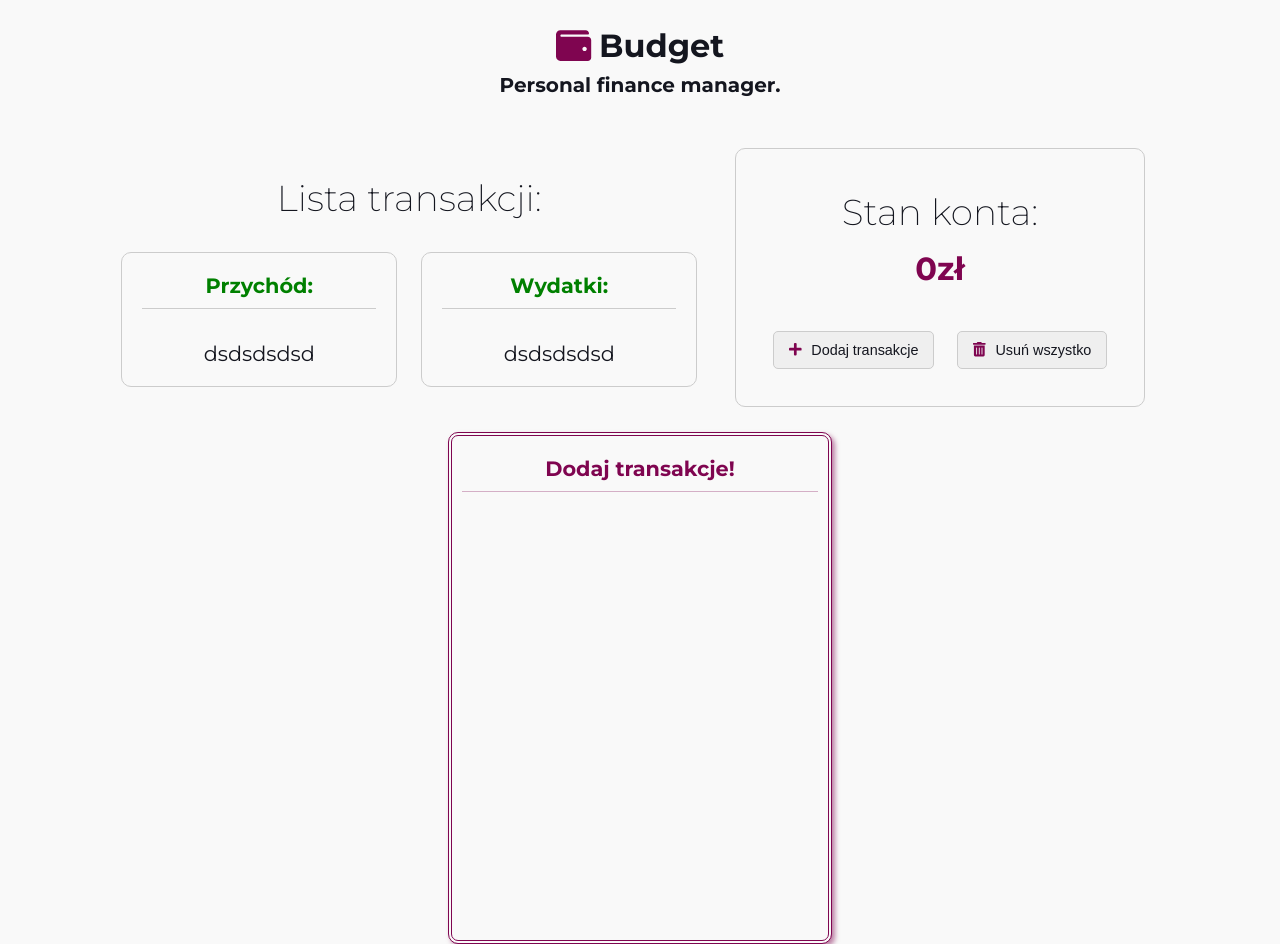
Repository: KrzysKolo/sr_tydzien4_zad4
Page: /
The author's editor kept a copy of each file at every save. The page is drawn from the files as they stood at one save, then again after the next save.
The browser window is 1280 px wide. The pictures show the whole page.
Some web libraries are served in a nearby version. The project was rebuilt for these pictures with package versions that can differ from the ones it lists, and the page was loaded fresh each time.

Above is the page before, as saved 2020-11-30 10:43:35.

### public/index.html
<!DOCTYPE html>
<html lang="en">
  <head>
    <meta charset="utf-8" />
    <link rel="icon" href="%PUBLIC_URL%/favicon.ico" />
    <meta name="viewport" content="width=device-width, initial-scale=1" />
    <meta name="theme-color" content="#000000" />
    <meta
      name="description"
      content="Web site created using create-react-app"
    />
    <link rel="apple-touch-icon" href="%PUBLIC_URL%/logo192.png" />
    <!--
      manifest.json provides metadata used when your web app is installed on a
      user's mobile device or desktop. See https://developers.google.com/web/fundamentals/web-app-manifest/
    -->
    <link rel="manifest" href="%PUBLIC_URL%/manifest.json" />
    <!--
      Notice the use of %PUBLIC_URL% in the tags above.
      It will be replaced with the URL of the `public` folder during the build.
      Only files inside the `public` folder can be referenced from the HTML.

      Unlike "/favicon.ico" or "favicon.ico", "%PUBLIC_URL%/favicon.ico" will
      work correctly both with client-side routing and a non-root public URL.
      Learn how to configure a non-root public URL by running `npm run build`.
    -->
    <link
      href="https://fonts.googleapis.com/css?family=Montserrat:200,400,700&display=swap&subset=latin-ext"
      rel="stylesheet"
    />
    <script
      src="https://kit.fontawesome.com/327a0d490c.js"
      crossorigin="anonymous"
    ></script>
    <title>Budget</title>
  </head>
  <body>
    <noscript>You need to enable JavaScript to run this app.</noscript>
    <div id="root"></div>
    <!--
      This HTML file is a template.
      If you open it directly in the browser, you will see an empty page.

      You can add webfonts, meta tags, or analytics to this file.
      The build step will place the bundled scripts into the <body> tag.

      To begin the development, run `npm start` or `yarn start`.
      To create a production bundle, use `npm run build` or `yarn build`.
    -->
  </body>
</html>

### src/App.js
import React from 'react';
import Budget from './components/Budget'

const App = () => {
  return (
    <>
      <Budget/>
    </>
  )
}

export default App;

### src/components/Budget.js
import React from 'react';
import Header from './budgetComponents/Header';
import Section from './budgetComponents/Section';
import SectionInfo from './budgetComponents/SectionInfo';
import H2 from './budgetComponents/sectionComponents/H2';
import Form from './budgetComponents/Form';
import styled, { createGlobalStyle } from 'styled-components';

const GlobalStyle = createGlobalStyle`
    * {
        padding: 0;
        margin: 0;
        box-sizing: border-box;
    }
    body {
        background-color: #f9f9f9;
        color: #14161f;
        font-family: "Montserrat", sans-serif;
        font-size: 16px;
        min-height: 100vh;
    }
    `;
const Container = styled.main`
    font-size: 1.5rem;
`;
const SectionContainer = styled.section`
    display: flex;
    flex-direction: row;
    justify-content: center;
    align-items: center;
`;
const SectionBudget = styled.section`
    display: flex;
    flex-direction: column;
    justify-content: center;
    align-items: center;
`;
const DivItems = styled.div`
    display: flex;
    flex-direction: row;
    justify-content: center;
    align-items: center;

`;
const Budget = () => {
    return (
        <>
            <GlobalStyle />
            <Container>
                <Header />
                <SectionContainer>
                    <SectionBudget>
                        <H2 title={"Lista transakcji"} />
                        <DivItems>
                            <Section title={"Przychód"} label={"p"}/>
                            <Section title={"Wydatki"}/>
                        </DivItems>
                    </SectionBudget>
                    <SectionInfo title={"Stan konta"}/>
                </SectionContainer>
            </Container>
            <Form />
        </>
    )
}

export default Budget;

### src/components/budgetComponents/Header.js
import React from 'react';
import styled from 'styled-components';
import { FontAwesomeIcon } from '@fortawesome/react-fontawesome';
import { faWallet } from '@fortawesome/free-solid-svg-icons';

const SectionHeader = styled.header`
    align-items: center;
    color: rgb(127, 5, 80);
    display: flex;
    font-size: 2.2rem;
    flex-direction: column;
    justify-content: center;
    padding: 2%;
`;
const DivHeader = styled.div`
    align-items: center;
    display: flex;
    flex-direction: row;
    justify-content: center;
    margin-bottom: 0.5rem;
`;
const H1Header = styled.h1`
    color: #14161f;
    font-size: 2rem;
    margin-left: .5rem;
`;
const H2Header = styled.h2`
    color: #14161f;
    font-size: 1.25rem;
`;
const Header = () => {
    return (
        <SectionHeader>
            <DivHeader>
                <FontAwesomeIcon icon={faWallet}/>
                <H1Header>Budget</H1Header>
            </DivHeader>
            <H2Header>Personal finance manager.</H2Header>
        </SectionHeader>
    )
}

export default Header;

### src/components/budgetComponents/Section.js
import React from 'react';
import H1 from './sectionComponents/H1';
import styled from 'styled-components';

const SectionWrapper = styled.section`
    border: 1px solid #ccc;
    border-radius: 10px;
    display: flex;
    flex-direction: column;
    font-size: 1.3rem;
    justify-content: center;
    align-items: center;
    margin: 2%;
    padding: 20px;
    width: 300px;
`;
const Section = ({ title, label }) => {
    return (
        <SectionWrapper>
           <H1 title={title} label={label}> </H1>
           <p>dsdsdsdsd</p>
        </SectionWrapper>
    )
}

export default Section;

### src/components/budgetComponents/SectionInfo.js
import React from 'react';
import H2 from './sectionComponents/H2';
import P from './sectionComponents/P';
import Button from './../budgetComponents/buttons/Button';
import styled from 'styled-components';
import { FontAwesomeIcon } from '@fortawesome/react-fontawesome';
import { faEllipsisV, faHeart, faPlus,  faTrashAlt, faShareAlt, faAngleDown } from '@fortawesome/free-solid-svg-icons';
const SectionWrapper = styled.section`
    border: 1px solid #ccc;
    border-radius: 10px;
    display: flex;
    flex-direction: column;
    margin: 2vw;
    padding: 2%;
`;
const ButtonWrapper = styled.div`
    display: flex;
    flex-direction: row;
`;
const Section = ({ title }) => {
    return (
        <SectionWrapper>
           <H2 title={title}> </H2>
           <P />
           <ButtonWrapper>
                <Button title={"Dodaj transakcje"} icons={faPlus} type="submit"/>
                <Button title={"Usuń wszystko"} icons={faTrashAlt} type="submit"/>

           </ButtonWrapper>
        </SectionWrapper>
    )
}

export default Section;

### src/components/budgetComponents/sectionComponents/H2.js
import React from 'react'
import styled from 'styled-components';

const TitleH2 = styled.h2`
    font-weight: 200;
    margin: 2% auto;
    padding: 0.5rem;
`;

const H2 = ({title}) => {
    return (
        <TitleH2>
            {title}:
        </TitleH2>
    )
}

export default H2;

### src/components/budgetComponents/Form.js
import React from 'react';
import Header from './formComponents/Header';
import styled, { createGlobalStyle }from 'styled-components';
import { faBusinessTime} from '@fortawesome/free-solid-svg-icons';

const FormWrapper = styled.form`
    background-color: #f9f9f9;
    border: 4px double rgb(127, 5, 80);
    border-radius: 10px;
    box-shadow: 3px 3px 5px rgba(127, 5, 80, 0.5);
    color: rgb(127, 5, 80);
    height: 40vw;
    margin: 0 auto;
    padding: 10px;
    width: 30vw;
`;

const Form = () => {
    return (
        <FormWrapper>
            <Header icons={faBusinessTime} title={"Dodaj transakcje!"} />
        </FormWrapper>
    )
}

export default Form;

### src/components/budgetComponents/sectionComponents/H1.js
import React from 'react'
import styled from 'styled-components';

const TitleH1 = styled.h1`
    border-bottom: 1px solid #ccc;
    color: ${label => label ? 'green' : 'red'};
    margin-bottom: 2rem;
    padding-bottom: 10px;
    display: block;
    width: 100%;
    text-align: center;
`;

const H1 = ({title, label}) => {
    return (
        <TitleH1>
            {title}:
        </TitleH1>
    )
}

export default H1;

### src/components/budgetComponents/sectionComponents/P.js
import React from 'react';
import styled from 'styled-components';

const InfoP = styled.p`
    color: rgb(127, 5, 80);
    font-size: 2rem;
    font-weight: bold;
    width: 100%auto;
    text-align: center;
    padding-bottom: 2rem;
`;

const P = () => {
    return (
        <InfoP>
            0zł
        </InfoP>
    )
}

export default P;

### src/components/budgetComponents/buttons/Button.js
import React from 'react';
import styled from 'styled-components';
import { FontAwesomeIcon } from '@fortawesome/react-fontawesome';

const ButtonDiv = styled.button`
    border: 1px solid #ccc;
    border-radius: 5px;
    margin: 0.7rem;
    padding: 10px 15px;
    display: flex;
    flex-direction: row;
    color: rgb(127, 5, 80);
    font-size: 0.9rem;
    cursor: pointer;
    transition: 0.3s ease-in-out;
    &:hover {
        border: 1px solid rgba(127, 5, 80, 0.4);
        background-color:  #f9f9f9;
        color: rgba(127, 5, 80, 0.5);
    }
`;
const ButtonTitleDiv = styled.div`
    margin-left: 10px;
    color: #14161f;
`;
const Button = ({ title, icons }) => {
    return (
        <ButtonDiv>
            <FontAwesomeIcon icon={icons} />
            <ButtonTitleDiv>{title}</ButtonTitleDiv>
        </ButtonDiv>
    )
}

export default Button;

### src/components/budgetComponents/formComponents/Header.js
import React from 'react';
import styled from 'styled-components';

const TitleH1 = styled.h1`
    border-bottom: 1px solid rgba(127, 5, 80, 0.3);
    font-family: "Montserrat", sans-serif;
    font-size: 1.3rem;
    font-weight: 600;
    padding: 10px;
    text-align: center;
`;

const Header = ({ title} ) => {
    return (
        <TitleH1>
            {title}
        </TitleH1>
    )
}

export default Header;

Loaded but not shown: src/index.js (common file); src/index.css (common file)

After the next save:
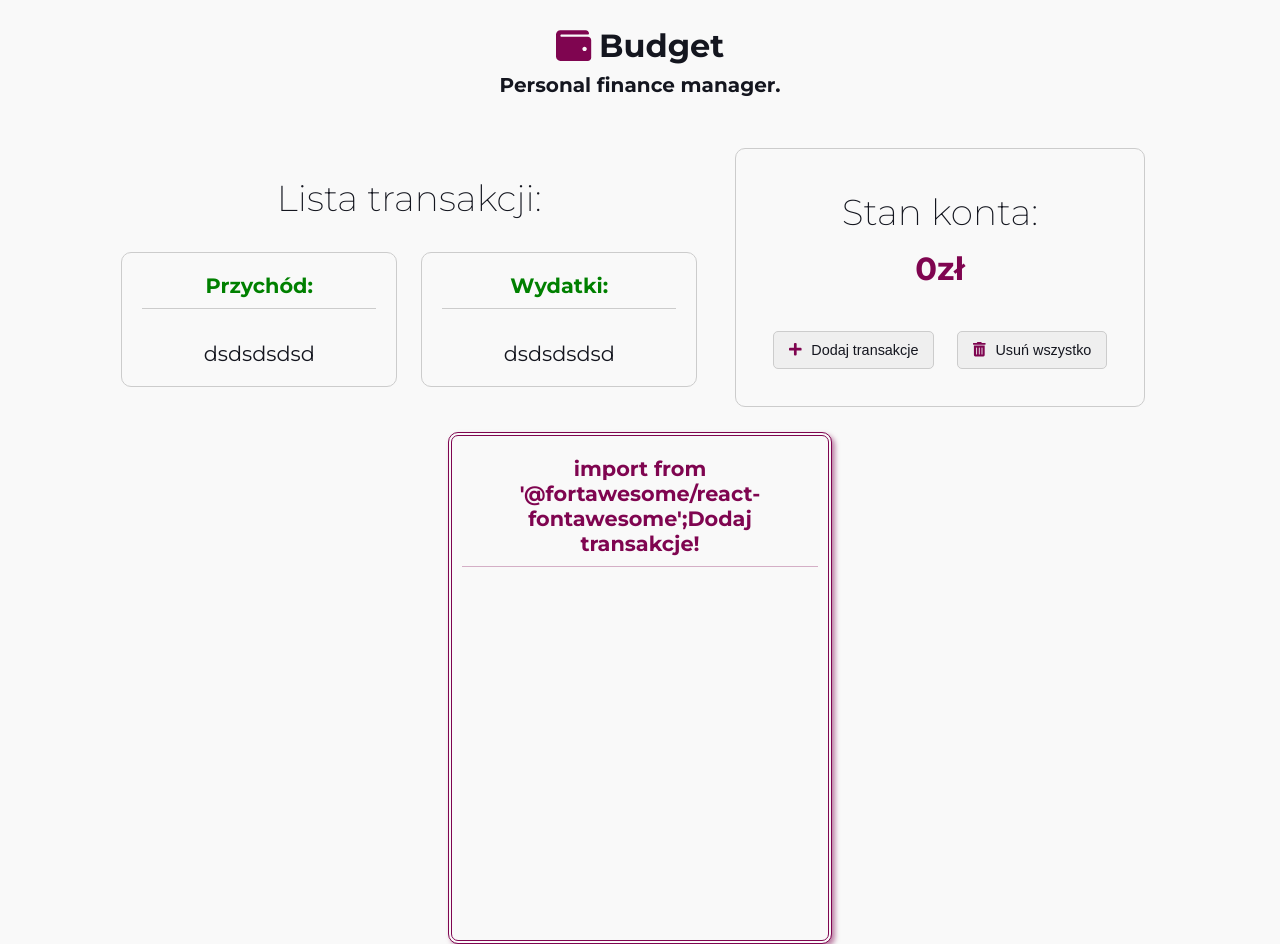
Saved 28 s later.
--- a/src/components/budgetComponents/formComponents/Header.js
+++ b/src/components/budgetComponents/formComponents/Header.js
@@ -1,5 +1,6 @@
 import React from 'react';
 import styled from 'styled-components';
+import { FontAwesomeIcon } from '@fortawesome/react-fontawesome';
 
 const TitleH1 = styled.h1`
     border-bottom: 1px solid rgba(127, 5, 80, 0.3);
@@ -13,6 +14,7 @@ const TitleH1 = styled.h1`
 const Header = ({ title} ) => {
     return (
         <TitleH1>
+            import { FontAwesomeIcon } from '@fortawesome/react-fontawesome';
             {title}
         </TitleH1>
     )
